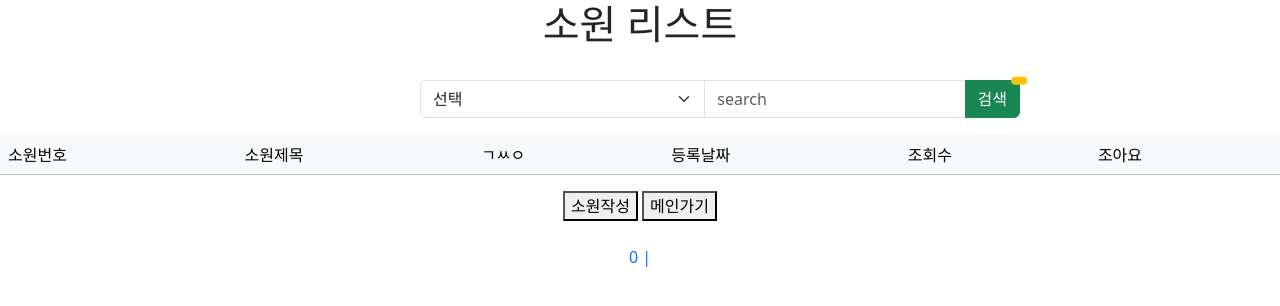
Repository: sujeong1799/JSP
Page: http://localhost/java_study/board/list.jsp
These files come from the project's save history. The page is drawn as it stood at one moment and after the next save; the edit follows.
The browser window is 1280 px wide. The pictures show the whole page.
The page is served by Tomcat 9. The template is opened directly, without the code that normally fills it, so the values that code supplies are empty.

Above is the page before, as saved 2023-05-24 07:50:15.

After the next save:
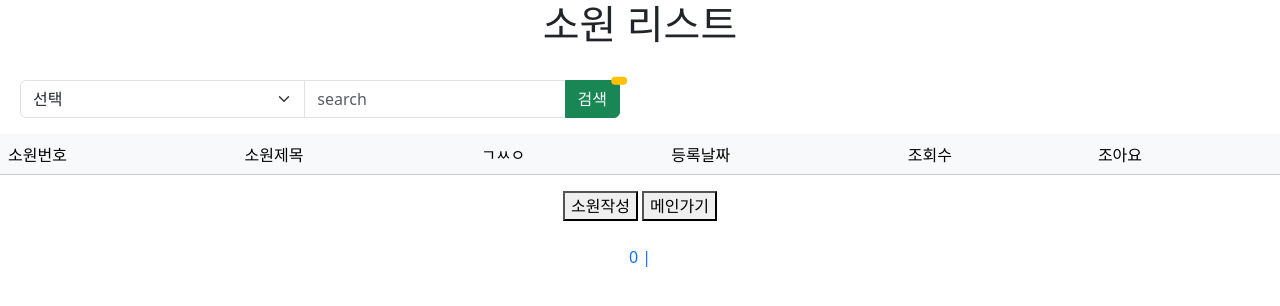
Saved 44 s later.
--- a/jsp_project4-1_과제/java_study/src/main/webapp/board/list.jsp
+++ b/jsp_project4-1_과제/java_study/src/main/webapp/board/list.jsp
@@ -16,7 +16,7 @@
 	<h1 align="center">소원 리스트</h1>
 	<br>
 	<!-- 검색라인 -->
-	<div class="col-sm-12 col-md-6" style="margin-left: 400px" align="center">
+	<div class="col-sm-12 col-md-6" align="center">
 		<form action="/brd/page" method="post">
 			<div class="input-group mb-3" style="width: 600px">
 				<!-- var이름은 마음대로 설정해도 됨 -->
